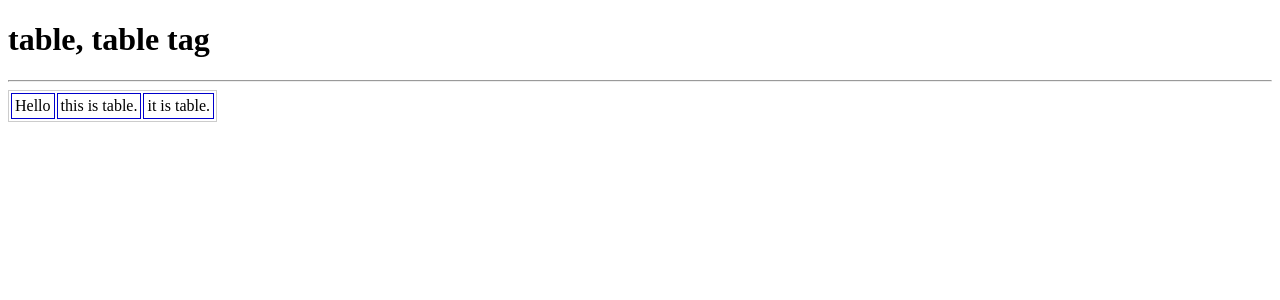
Repository: jihoonys82/weblec
Page: Front/WebContent/Ex01_HTML_tag/tagEx_05.html
An editor plug-in stored every save of this project. The page is shown before and after the next save, followed by the edit.
The browser window is 1280 px wide. The pictures show the whole page.

Above is the page before, as saved 2018-07-23 11:13:35.

### Front/WebContent/Ex01_HTML_tag/tagEx_05.html
<!DOCTYPE html>
<html>
<head>
<meta charset="UTF-8">
<title>Insert title here</title>

<style type="text/css"> /* stylesheet, CSS */
table { /* Table outside square */
	border: 1px solid #ccc;

}

td { /* each table data cell */
	border: 1px solid #00C;
	padding : 3px;
 }

</style>

</head>
<body>

<div>
	<h1>table, table tag</h1>
	<hr>

	<table>
		<tr> <!-- table row -->
			<td>Hello</td> <!-- table data -->
			<td>this is table.</td>
			<td>it is table.</td>
		</tr>



	</table>



</div>
</body>
</html>

After the next save:
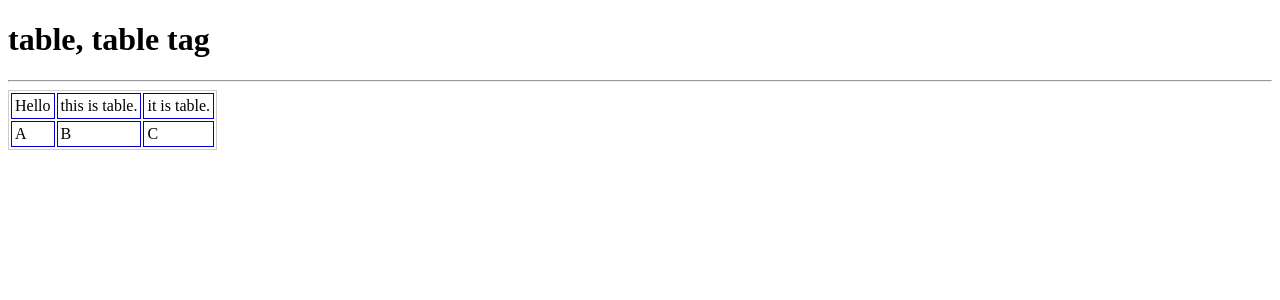
Saved 19 s later.
--- a/Front/WebContent/Ex01_HTML_tag/tagEx_05.html
+++ b/Front/WebContent/Ex01_HTML_tag/tagEx_05.html
@@ -30,7 +30,11 @@ td { /* each table data cell */
 			<td>this is table.</td>
 			<td>it is table.</td>
 		</tr>
-
+		<tr> <!-- table row -->
+			<td>A</td> <!-- table data -->
+			<td>B</td>
+			<td>C</td>
+		</tr>
 
 
 	</table>
